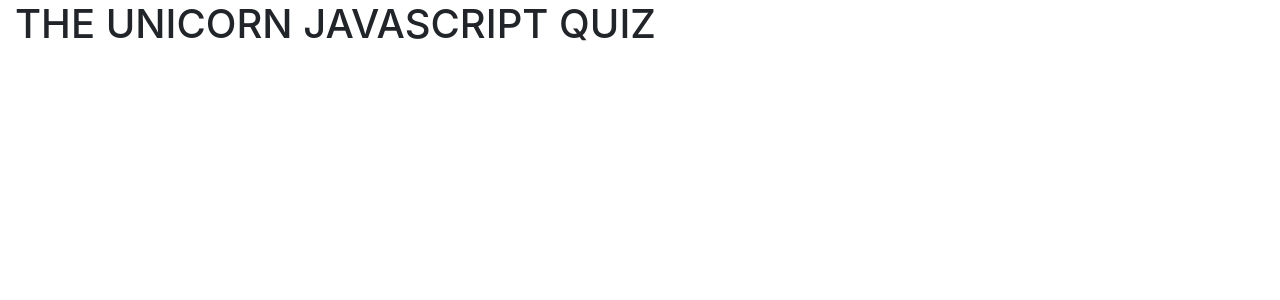
Repository: CharlotteAneriksson/donutQuiz
Page: index.html
The author's editor kept a record of every edit. The page is drawn from the files as they stood at one moment, then again after the next edit.
The browser window is 1280 px wide. The pictures show the whole page.

Above is the page before.

### index.html
<!DOCTYPE html>
<html lang="en">
<head>
    <meta charset="UTF-8">
    <meta name="viewport" content="width=device-width, initial-scale=1.0">
    <meta http-equiv="X-UA-Compatible" content="ie=edge">
    <title>JavaScript Quiz</title>
    <link rel="stylesheet" href="css/style.css" type="text/css" >
    <link href="https://fonts.googleapis.com/css?family=Roboto+Mono&display=swap" rel="stylesheet">
    <link rel="stylesheet" href="https://stackpath.bootstrapcdn.com/bootstrap/4.3.1/css/bootstrap.min.css" type="text/css" />
    <script type="text/javascript" src="scripts/script.js"></script>
</head>
<body>
    <div class="container">
        <header>
            <h1 class="text-uppercase">the unicorn javascript quiz</h1>
        </header>
    </div>
</body>
</html>

### css/style.css
body{
    margin: 0;
    padding: 0;
    width:100vh;
    background-color:#e9e9e9;
}

main{

}

Loaded but not shown: scripts/script.js (no stored copy; drawn as an empty file)

After the next edit:
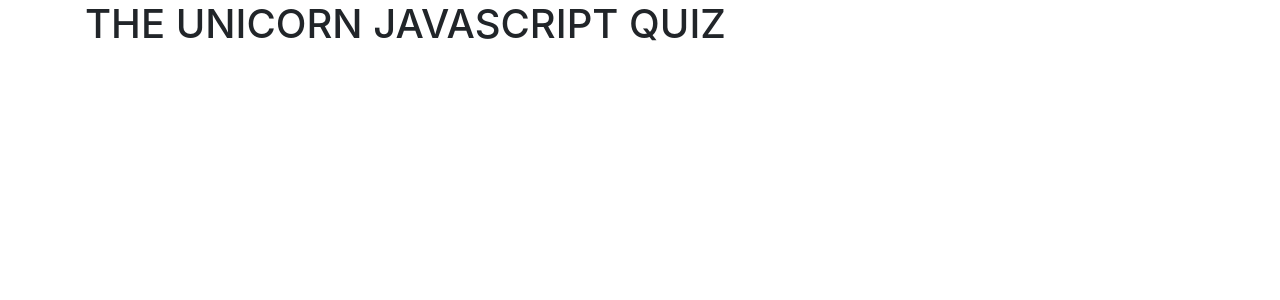
The edit:
--- a/index.html
+++ b/index.html
@@ -5,7 +5,7 @@
     <meta name="viewport" content="width=device-width, initial-scale=1.0">
     <meta http-equiv="X-UA-Compatible" content="ie=edge">
     <title>JavaScript Quiz</title>
-    <link rel="stylesheet" href="css/style.css" type="text/css" >
+
     <link href="https://fonts.googleapis.com/css?family=Roboto+Mono&display=swap" rel="stylesheet">
     <link rel="stylesheet" href="https://stackpath.bootstrapcdn.com/bootstrap/4.3.1/css/bootstrap.min.css" type="text/css" />
     <script type="text/javascript" src="scripts/script.js"></script>
